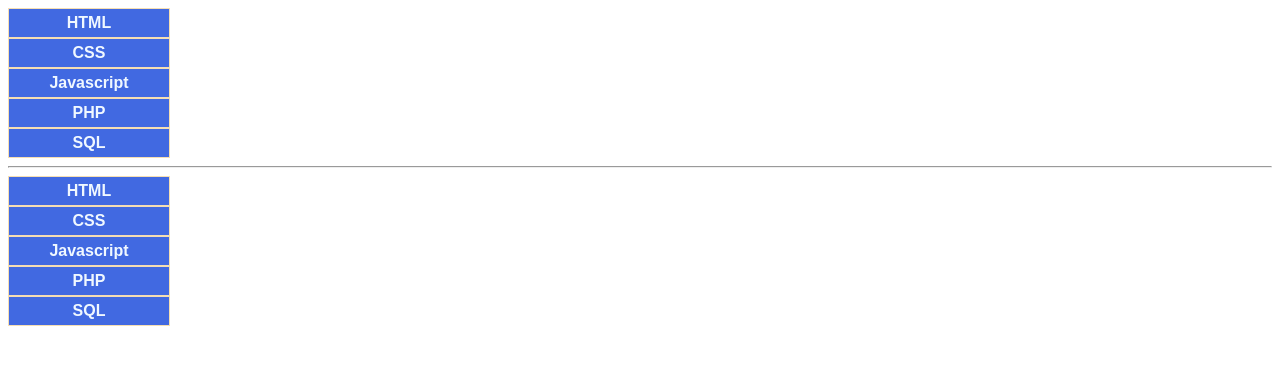
Repository: Pr-DuyTam/HTML-CSS-JS-PHP
Page: CSS/Bài Tập CSS/Bai2.html
An editor plug-in stored every save of this project. The page is shown before and after the next save, followed by the edit.
The browser window is 1280 px wide. The pictures show the whole page.

Above is the page before, as saved 2023-08-03 09:18:45.

After the next save:
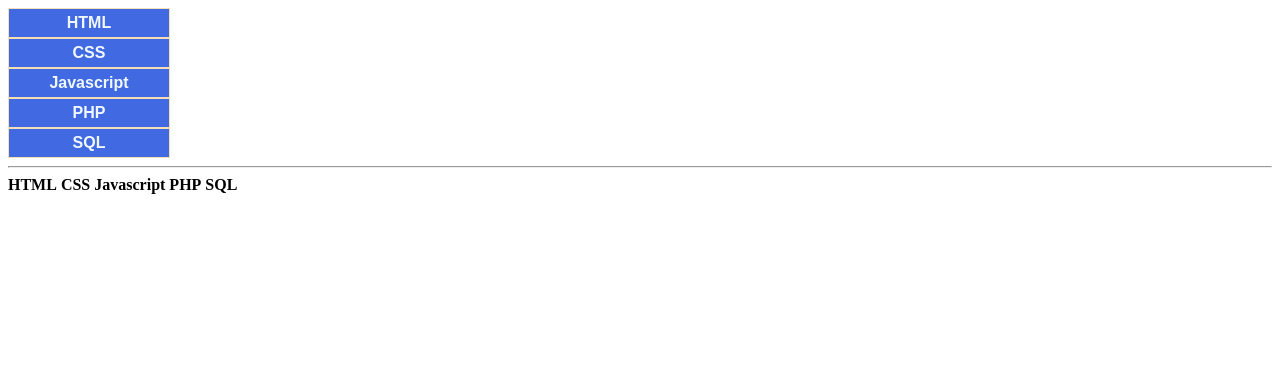
Saved 29 s later.
--- a/CSS/Bài Tập CSS/Bai2.html
+++ b/CSS/Bài Tập CSS/Bai2.html
@@ -43,11 +43,11 @@
     <a href="http://www.w3schools.com/sql/default.app">SQL</a>
 <hr>
 
-    <a href="http://www.w3schools.com/html/default.app">HTML</a>
-    <a href="http://www.w3schools.com/CSS/default.app">CSS</a>
-    <a href="http://www.w3schools.com/js/default.app">Javascript</a>
-    <a href="http://www.w3schools.com/php/default.app">PHP</a>
-    <a href="http://www.w3schools.com/sql/default.app">SQL</a>
+    <b href="http://www.w3schools.com/html/default.app">HTML</b>
+    <b href="http://www.w3schools.com/CSS/default.app">CSS</b>
+    <b href="http://www.w3schools.com/js/default.app">Javascript</b>
+    <b href="http://www.w3schools.com/php/default.app">PHP</b>
+    <b href="http://www.w3schools.com/sql/default.app">SQL</b>
 
 
 </body>
